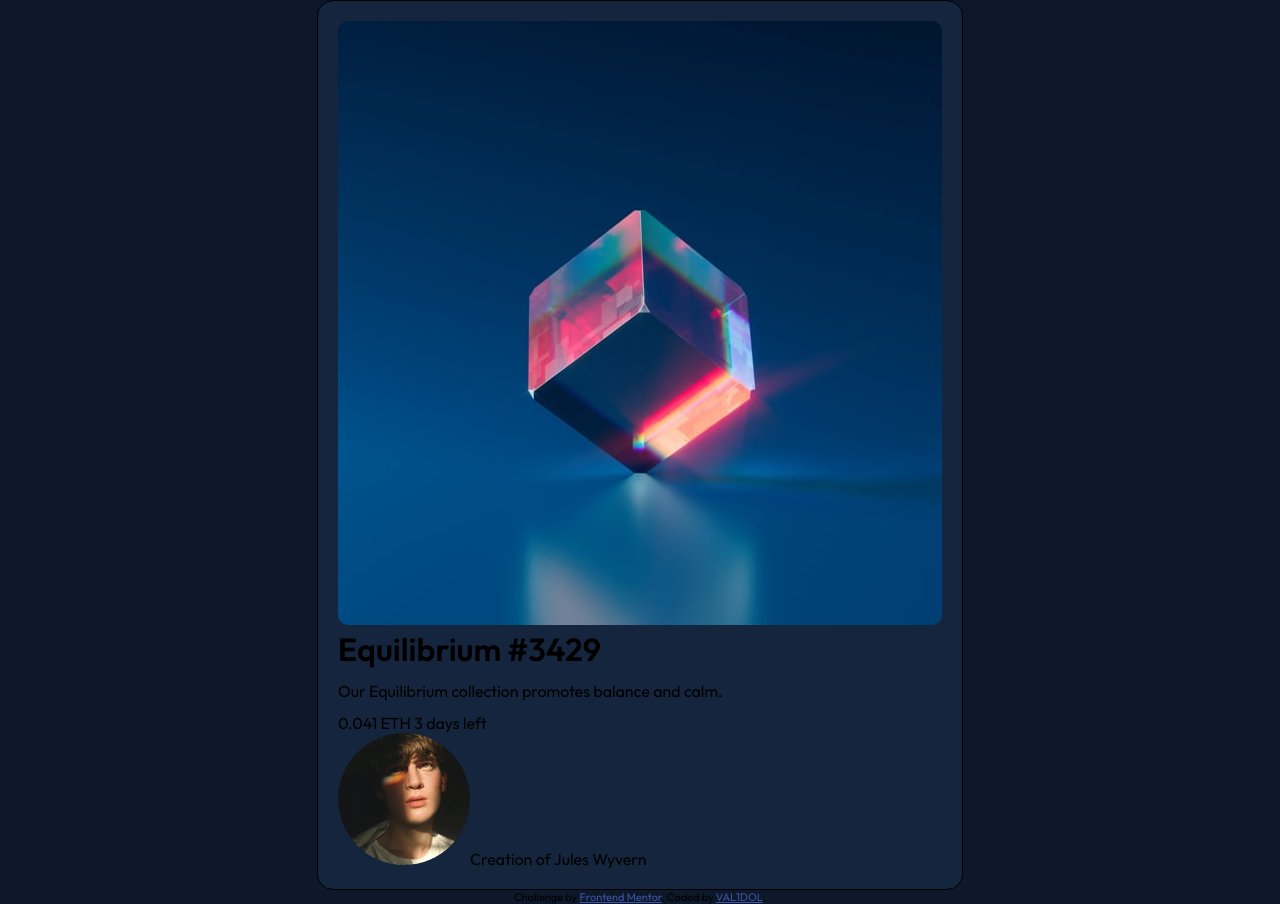
Repository: VAL1DOL-web/fm-NFT-preview-card-component
Page: index.html
An editor plug-in stored every save of this project. The page is shown before and after the next save, followed by the edit.
The browser window is 1280 px wide. The pictures show the whole page.

Above is the page before, as saved 2024-01-07 15:08:42.

### index.html
<!DOCTYPE html>
<html lang="en">
<head>
  <meta charset="UTF-8">
  <meta name="viewport" content="width=device-width, initial-scale=1.0"> <!-- displays site properly based on user's device -->

  <link rel="icon" type="image/png" sizes="32x32" href="./images/favicon-32x32.png">
  <link rel="stylesheet" href="style.css">

  <title>NFT preview card component</title>

  <!-- Feel free to remove these styles or customise in your own stylesheet 👍 -->
  <style>
    .attribution { font-size: 11px; text-align: center; }
    .attribution a { color: hsl(228, 45%, 44%); }
  </style>
</head>
<body>
  <div class="container">
    <div class="imgbox">
      <img src="images/image-equilibrium.jpg" alt="">
    </div>
    <div class="textbox">
      <h1>Equilibrium #3429</h1>
    <p>Our Equilibrium collection promotes balance and calm.</p>
    0.041 ETH
    3 days left
    </div>
    <p class="avatar">
      <img src="/images/image-avatar.png" alt="" />Creation of Jules Wyvern
    </p>
  </div>
  <div class="attribution">
    Challenge by <a href="https://www.frontendmentor.io?ref=challenge" target="_blank">Frontend Mentor</a>.
    Coded by <a href="https://github.com/VAL1DOL-web">VAL1DOL</a>.
  </div>
</body>
</html>

### style.css
@import url('https://fonts.googleapis.com/css2?family=Outfit:wght@300;400;600&display=swap');

* {
    font-family: 'Outfit', sans-serif;
    margin: 0;
    padding: 0;
    box-sizing: border-box;
  }

body {
    width: 100%;
    min-height: 100vh;
    display: flex;
    flex-direction: column;
    justify-content: center;
    align-items: center;
    background: hsl(217, 54%, 11%);
  }
  .container {

    background-color: hsl(216, 50%, 16%);
    border-radius: 16px;
    border: 1px solid;
    padding: 20px;
  }

  .container .imgbox img {
    width: 100%;
    border-radius: 10px;
  }
  .container .textbox {
    display: flex;
    flex-direction: column;
    gap: 12px;
  }
  .textbox span {
    background-color:white;
  }

After the next save:
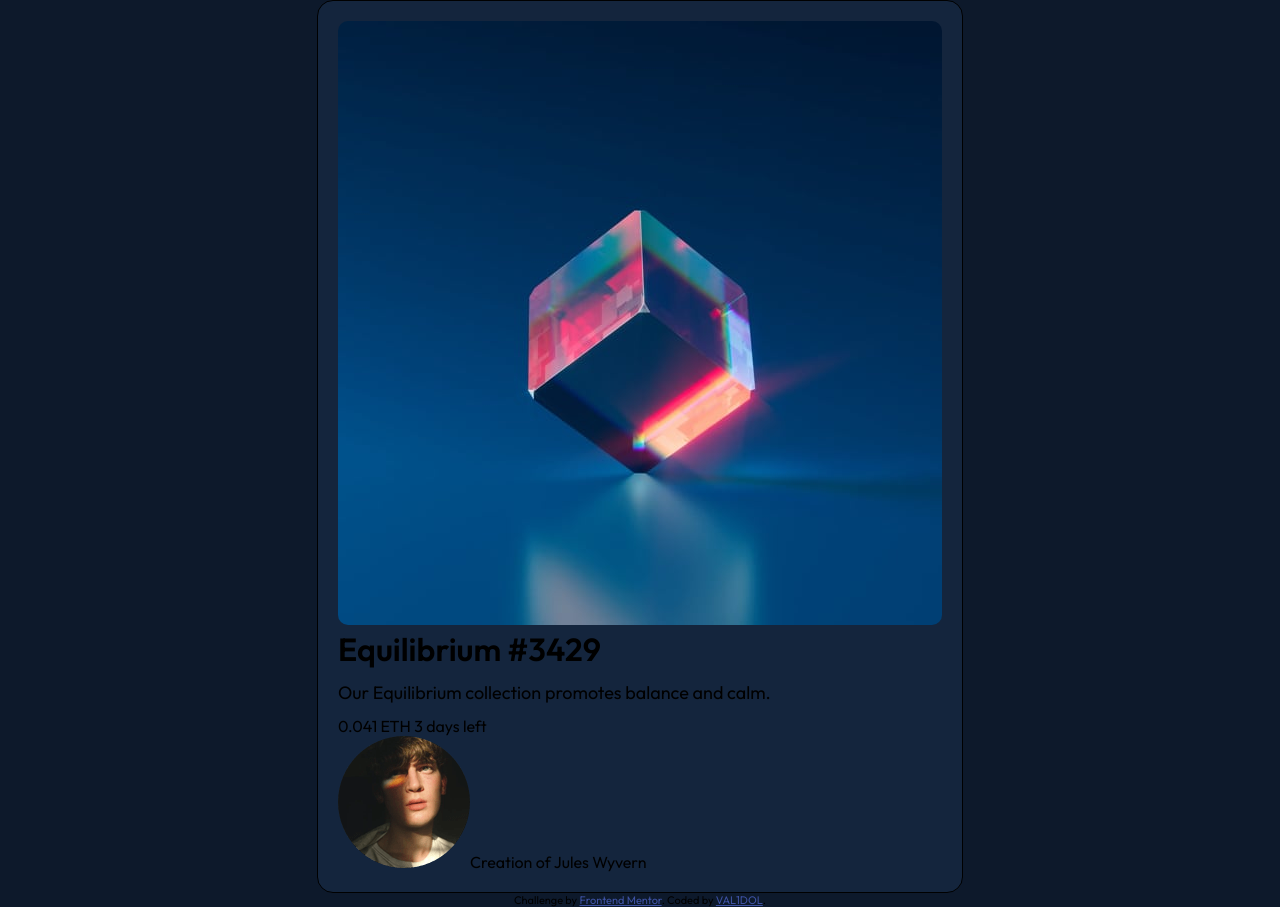
Saved 46 s later.
--- a/style.css
+++ b/style.css
@@ -34,5 +34,8 @@ body {
     gap: 12px;
   }
   .textbox span {
-    background-color:white;
+    background-color:hsl(0, 0%, 100%)
   }
+  .textbox p {
+    font-size: 18px;
+  }
